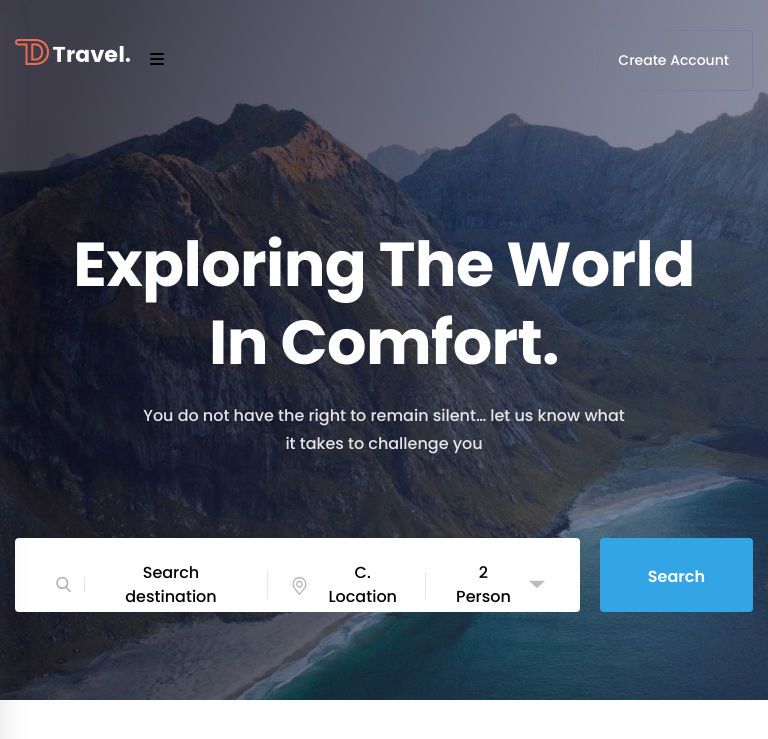
Repository: hoang0508/LandingPage-CodeTravel2
Page: index.html
An editor plug-in stored every save of this project. The page is shown before and after the next save, followed by the edit.
The browser window is 768 px wide. The pictures show the whole page.
Some web libraries are served in a nearby version. The style sheet was rebuilt from its Sass, Less or Tailwind sources for each picture, by a compiler version that may differ from the author's.

Above is the page before, as saved 2022-09-16 14:12:14.

### index.html
<!DOCTYPE html>
<html lang="en">
  <head>
    <meta charset="UTF-8" />
    <meta http-equiv="X-UA-Compatible" content="IE=edge" />
    <meta name="viewport" content="width=device-width, initial-scale=1.0" />
    <title>Travale LandingPage</title>
    <link rel="stylesheet" href="https://cdnjs.cloudflare.com/ajax/libs/font-awesome/4.7.0/css/font-awesome.css">
    <link rel="stylesheet" href="./css/style.css" />
  </head>
  <body>
    <div class="wrapper">
      <!-- HEADER -->
      <header class="header">
        <div class="container">
          <div class="header-main">
            <div class="header-logo">
              <img src="./images/Logo.png" alt="Logo" />
            </div>
            <nav class="header-menu">
              <ul class="header-menu--list">
                <li class="header-menu--item">
                  <a href="#" class="header-menu--link">FIND A TRIP</a>
                </li>
                <li class="header-menu--item">
                  <a href="#" class="header-menu--link">DESTINATIONS</a>
                </li>
                <li class="header-menu--item">
                  <a href="#" class="header-menu--link">WHY BESNIK</a>
                </li>
                <li class="header-menu--item">
                  <a href="#" class="header-menu--link">CONTACT</a>
                </li>
              </ul>
              <div class="header-bar">
                <i class="fa-solid fa-bars"></i>
              </div>
            </nav>

            <div class="header-button">
              <button class="button button-acount">Create Account</button>
            </div>
          </div>

          <div class="header-content">
            <h1 class="header-content--title">
              Exploring The World In Comfort.
            </h1>
            <p class="header-content--desc">
              You do not have the right to remain silent… let us know what it
              takes to challenge you
            </p>
            <div class="header-form">
              <div class="header-content--form">
                <div class="form-down">
                  <div class="form-down--col">
                    <div class="form-down--icon">
                      <img src="./images/icon-search.svg" alt="" />
                    </div>
                    <div class="form-down--text form-down--text-border"></div>
                      <span class="form-down--text-txt">Search destination</span>
                    </div>
                  <div class="form-down--col">
                    <div class="form-down--icon">
                      <img src="./images/icon-loacation.svg" alt="" />
                    </div>
                    <span class="form-down--text form-down--text-location">C. Location</span>
                  </div>
                  <div class="form-down--col">
                    <span class="form-down--text">2 Person</span>
                    <div class="form-down--icon">
                      <img src="./images/icon-arrow.svg" alt="" />
                    </div>
                  </div>
                </div>
                </div>
                <button class="button button-search">Search</button>
              </div>
            </div>
          </div>
        </div>
      </header>
    </div>

    <script src="https://kit.fontawesome.com/6ddfb9b121.js" crossorigin="anonymous"></script>
  </body>
</html>

### sass/main.scss
@import "reset";
@import "variable";
@import "typography";
@import "base";
@import "global";
@import "header";

### sass/_reset.scss
*,
*::before,
*::after {
  box-sizing: border-box;
}
* {
  margin: 0;
  padding: 0;
  font: inherit;
}
body {
  line-height: 1.5;
}
img,
picture,
video,
canvas,
svg {
  display: block;
  max-width: 100%;
}
input,
button,
textarea,
select {
  outline: none;
}
p,
h1,
h2,
h3,
h4,
h5,
h6 {
  overflow-wrap: break-word;
}

a {
  text-decoration: none;
}

ul,
li {
  list-style: none;
}

### sass/_variable.scss
$text-white: #fff;
$primary-color: #34a5e4;
$border-gray: #e6e6e6;

### sass/_typography.scss
@font-face {
  font-family: "Poppins";
  src: url("../fonts/Poppins-Regular.ttf") format("opentype");
  font-style: normal;
  font-display: auto;
  font-weight: 400;
}

@font-face {
  font-family: "Poppins";
  src: url("../fonts/Poppins-Light.ttf") format("opentype");
  font-style: normal;
  font-display: auto;
  font-weight: 300;
}

@font-face {
  font-family: "Poppins";
  src: url("../fonts/Poppins-Medium.ttf") format("opentype");
  font-style: normal;
  font-display: auto;
  font-weight: 500;
}

@font-face {
  font-family: "Poppins";
  src: url("../fonts/Poppins-SemiBold.ttf") format("opentype");
  font-style: normal;
  font-display: auto;
  font-weight: 600;
}

@font-face {
  font-family: "Poppins";
  src: url("../fonts/Poppins-Thin.ttf") format("opentype");
  font-style: normal;
  font-display: auto;
  font-weight: 100;
}

@font-face {
  font-family: "Poppins";
  src: url("../fonts/Poppins-Bold.ttf") format("opentype");
  font-style: normal;
  font-display: auto;
  font-weight: 700;
}

### sass/_base.scss
body {
  font-family: "Poppins", sans-serif;
  font-weight: 500;
}

.wrapper {
  max-width: 1600px;
  margin: 0 auto;
}

.container {
  max-width: 1280px;
  margin: 0 auto;
}

@media screen and (max-width: 1023.98px) {
  .container {
    padding: 0 15px;
  }
}

### sass/_global.scss
// Button
button.button {
  display: inline-block;
  border: 0;
  cursor: pointer;
  color: $text-white;
  font-size: 14px;
  &-acount {
    background-color: transparent;
    padding: 19px 23px;
    border: 1.5px solid #777f96;
    border-radius: 4px;
  }
  &-search {
    height: 74px;
    padding: 27px 48px;
    background-color: $primary-color;
    color: $text-white;
    font-size: 16px;
    font-weight: 600;
    border-radius: 4px;
  }
}

### sass/_header.scss
.header {
  background-image: url("../images/header-img.png");
  min-height: 800px;
  background-size: cover;
  background-repeat: repeat;
  padding-top: 30px;
  &-main {
    display: flex;
    align-items: center;
    margin-bottom: 135px;
  }
  &-logo {
    margin-right: 261px;
  }
  &-menu {
    &--list {
      display: flex;
      align-items: center;
      gap: 0 42px;
      margin-right: 225px;
    }
    &--link {
      color: $text-white;
      text-transform: lowercase;
      font-size: 14px;
    }
  }
  &-button {
    margin-left: auto;
  }
  &-form {
    display: flex;
    justify-content: center;
    align-items: center;
    gap: 0 20px;
  }
  &-content {
    text-align: center;
    &--title {
      max-width: 640px;
      width: 100%;
      margin: 0 auto;
      font-size: 62px;
      font-weight: 700;
      color: $text-white;
      margin-bottom: 20px;
      letter-spacing: -0.01em;
      line-height: 78px;
    }
    &--desc {
      max-width: 493px;
      margin: 0 auto;
      color: #ffffff;
      font-weight: 500;
      mix-blend-mode: normal;
      opacity: 0.88;
      line-height: 28px;
      margin-bottom: 80px;
    }
    &--form {
      background-color: #ffffff;
      padding: 23px 35px 24px 41px;
      height: 74px;
      border-radius: 4px;
      box-shadow: 0px 40px 80px -22px rgba(98, 89, 89, 0.09);
      .form-down {
        display: flex;
        align-items: center;
        &--col {
          display: flex;
          align-items: center;
          gap: 0 13px;
          &:nth-child(1) {
            margin-right: 43px;
          }
          &:nth-child(2) {
            position: relative;
            &::before {
              content: "";
              position: absolute;
              width: 1px;
              height: 27px;
              background-color: $border-gray;
              left: -25px;
            }
            &::after {
              content: "";
              position: absolute;
              width: 1px;
              height: 27px;
              background-color: $border-gray;
              right: 0;
            }
          }
          &:nth-child(3) {
            margin-left: 25px;
          }
        }
        &--text-border {
          position: relative;
          &::before {
            position: absolute;
            content: "";
            width: 1px;
            height: 15px;
            background: #e5e5e5;
            top: 50%;
            transform: translateY(-50%);
          }
        }
        &--text-txt {
          margin-right: 4px;
        }
        &--text-location {
          padding-right: 20px;
        }
        &--icon {
          width: 16px;
          height: 16px;
          display: inline-block;
          img {
            width: 100%;
            object-fit: cover;
          }
        }
      }
    }
  }
}

@media screen and (max-width: 1023.98px) {
  .header {
    min-height: 700px;
    &-main {
      align-items: baseline;
    }
    &-logo {
      margin-right: 20px;
    }
    &-menu--list {
      position: fixed;
      max-width: 400px;
      width: 100%;
      top: 0;
      left: 0;
      bottom: 0;
      background-color: #fff;
      box-shadow: rgba(100, 100, 111, 0.2) 0px 7px 29px 0px;
      display: flex;
      flex-direction: column;
      gap: 30px 0;
      align-items: stretch;
      padding: 20px;
      z-index: 20;
      transform: translateX(-100%);
    }
    &-menu--link {
      font-size: 18px;
      color: #333;
    }
  }
}

After the next save:
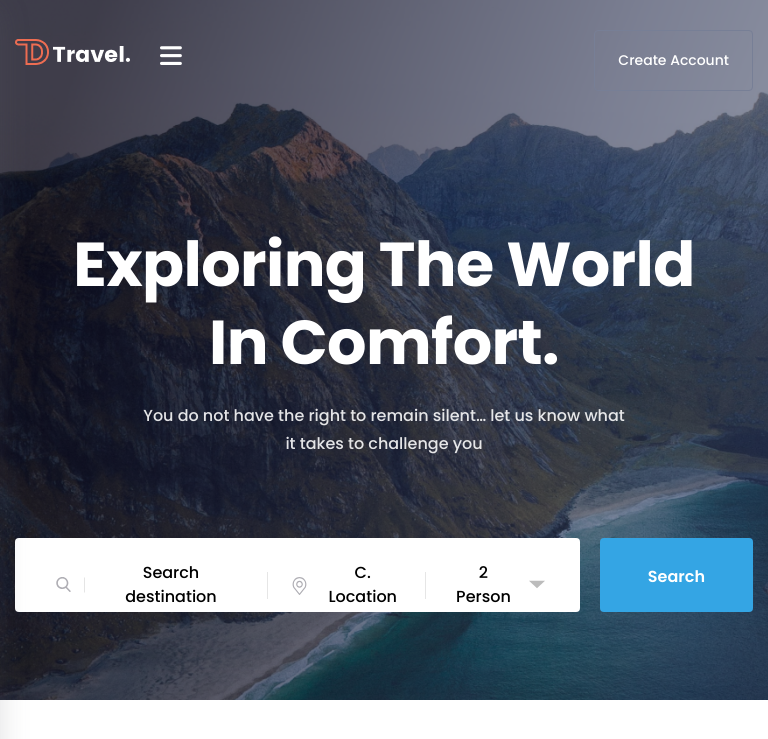
Saved 82 s later.
--- a/sass/_header.scss
+++ b/sass/_header.scss
@@ -128,6 +128,7 @@
   }
 }
 
+// reponsive Header
 @media screen and (max-width: 1023.98px) {
   .header {
     min-height: 700px;
@@ -135,7 +136,7 @@
       align-items: baseline;
     }
     &-logo {
-      margin-right: 20px;
+      margin-right: 30px;
     }
     &-menu--list {
       position: fixed;
@@ -158,5 +159,9 @@
       font-size: 18px;
       color: #333;
     }
+    &-bar {
+      color: $text-white;
+      font-size: 25px;
+    }
   }
 }
